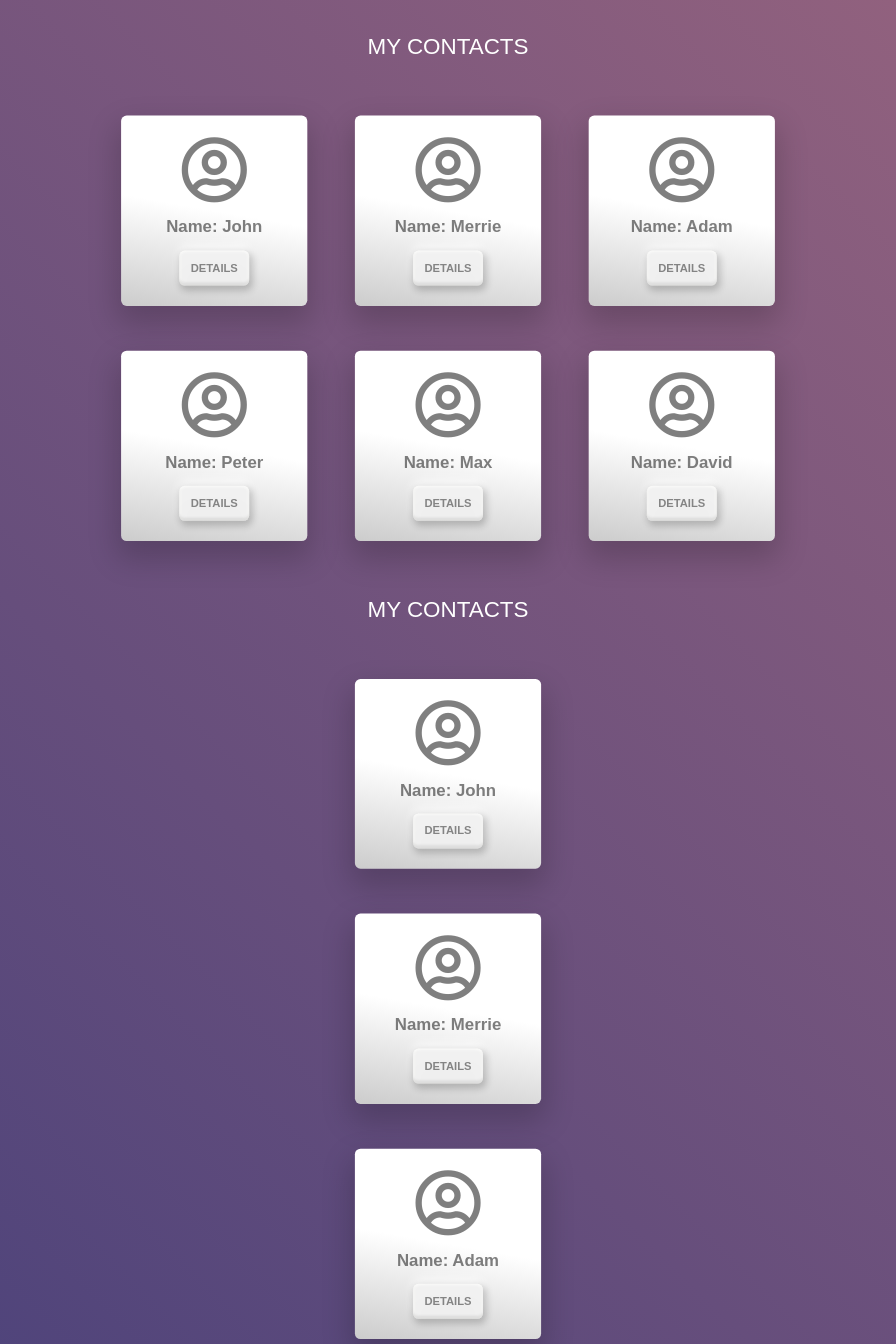
Repository: jenny241093/JS-Core
Page: 03.JSApplications/07.Templating/05. JS-Applications-Templating-Lab-Resources/index.html
An editor plug-in stored every save of this project. The page is shown before and after the next save, followed by the edit.
The browser window is 1280 px wide. The pictures show the part of the page from y = 0 to 1920 px (the page is 2961 px tall before and 2836 px after), at 70% of full size.

Above is the page before, as saved 2019-04-04 12:50:28.

After the next save:
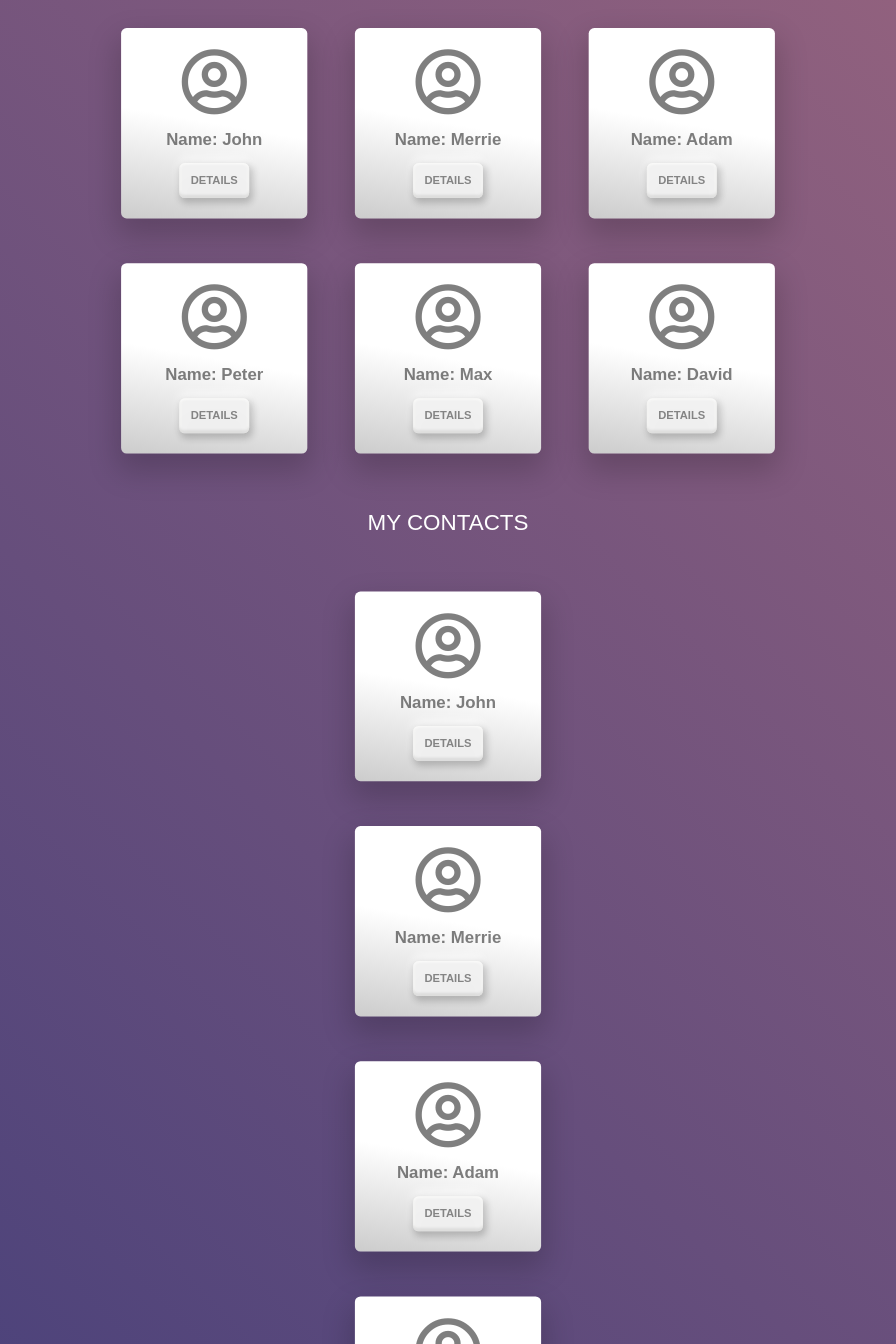
Saved 3 s later.
--- a/03.JSApplications/07.Templating/05. JS-Applications-Templating-Lab-Resources/index.html
+++ b/03.JSApplications/07.Templating/05. JS-Applications-Templating-Lab-Resources/index.html
@@ -12,7 +12,7 @@
 </head>
 
 <body>
-    <h1>My contacts</h1>
+
     <div class="contacts">
         <div class="contact card">
             <div>
